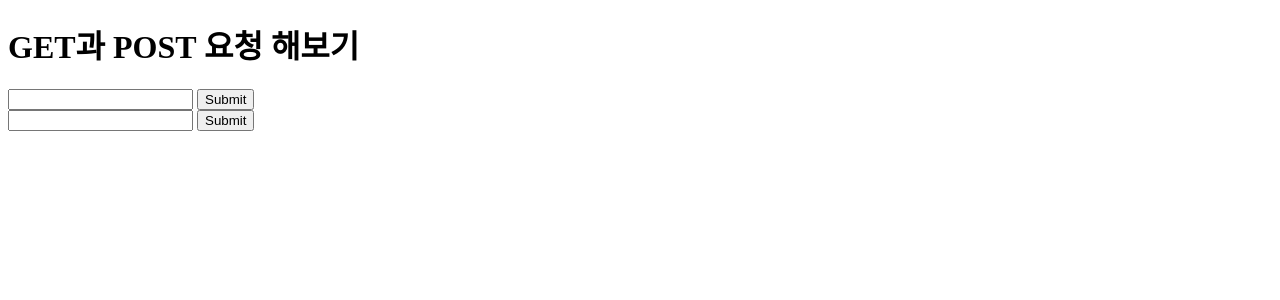
Repository: Kimgigon123123/JspServlet
Page: WorkSpace/01.HelloJspServlet/src/main/webapp/getpost.html
These files come from the project's save history. The page is drawn as it stood at one moment and after the next save; the edit follows.
The browser window is 1280 px wide. The pictures show the whole page.

Above is the page before, as saved 2023-05-18 02:10:02.

### WorkSpace/01.HelloJspServlet/src/main/webapp/getpost.html
<!DOCTYPE html>
<html>
<head>
<meta charset="UTF-8">
<title>Insert title here</title>
</head>
<body>
 	<h1> GET과 POST 요청 해보기</h1>
 	<!-- text값을 요청할 수 있는 폼태그 하나 만들고 요청해보기(submit) -->
 	<form action="Ex03_GetPost" method="post"><!-- action: -->
 	 <input type="text" name="txt1" id="txt2"><!-- name vs id -->
 	 <input type="submit">
 	</form>

 	<form action="Ex03_GetPost" method=""><!-- action: -->
 	 <input type="text" name="txt1" id="txt2"><!-- name vs id -->
 	 <input type="submit">
 	</form>
</body>
</html>

After the next save:
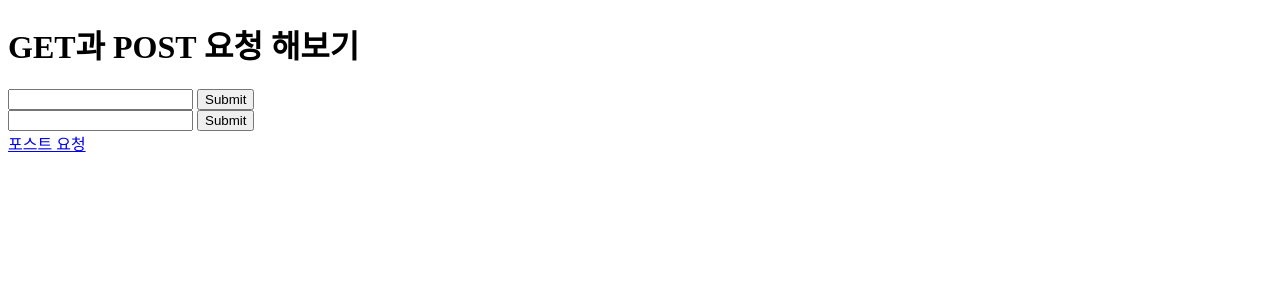
Saved 12 min 56 s later.
--- a/WorkSpace/01.HelloJspServlet/src/main/webapp/getpost.html
+++ b/WorkSpace/01.HelloJspServlet/src/main/webapp/getpost.html
@@ -16,5 +16,8 @@
  	 <input type="text" name="txt1" id="txt2"><!-- name vs id -->
  	 <input type="submit">
  	</form>
+
+ 	<!--  a태그로 EX03_GetPost요청해보기 -->
+ 	<a href = "Ex03_GetPost"  method="post">포스트 요청</a>
 </body>
 </html>
